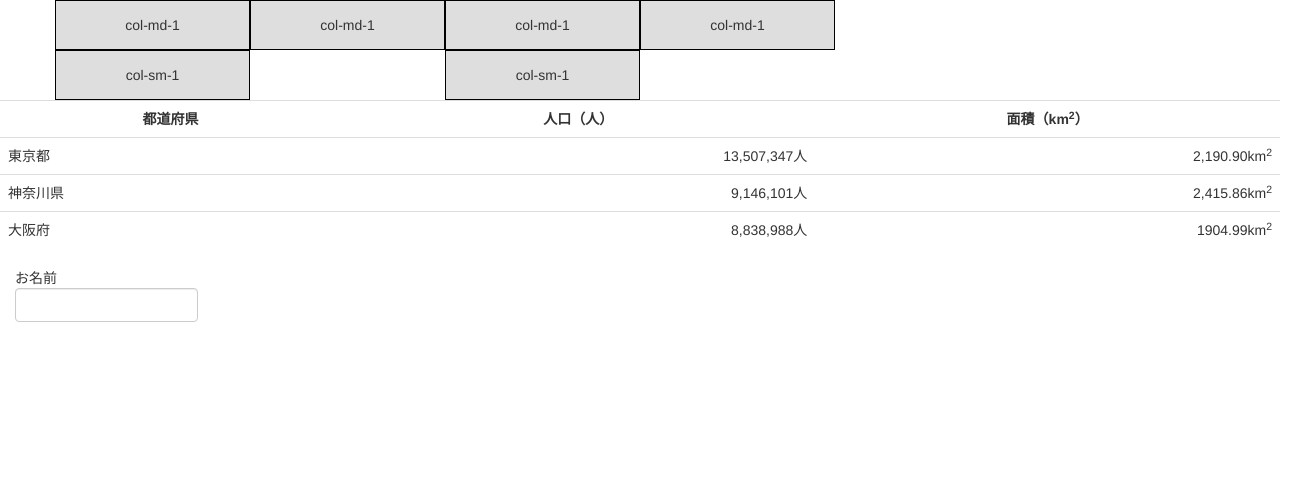
Repository: honokah/microposts
Page: Bootstrap/bootstrap_lesson.html
The author's editor kept a record of every edit. The page is drawn from the files as they stood at one moment, then again after the next edit.
The browser window is 1280 px wide. The page is 1280 px wide, then 1295 px, then 1280 px, so the pictures cover 1295 px, including what lies to the right of the window. The pictures show the whole page.

Above is the page before.

### Bootstrap/bootstrap_lesson.html
<!DOCTYPE html>
<html>
    <head>
        <meta charset="utf-8">
        <meta http-equiv="X-UA-Compatible" content="IE=edge">
        <meta name="viewport" content="width=device-width, initial-scale=1">
        <link rel="stylesheet" href="bootrap.css">

        <title>Grid System Test</title>

        <!-- Bootstrap CSS-->
        <link rel="stylesheet" href="https://maxcdn.bootstrapcdn.com/bootstrap/3.3.7/css/bootstrap.min.css">
        <!-- jQuery -->
        <script src="https://ajax.googleapis.com/ajax/libs/jquery/1.12.4/jquery.min.js"></script>
        <!-- Bootstrap JavaScript-->
        <script src="https://maxcdn.bootstrapcdn.com/bootstrap/3.3.7/js/bootstrap.min.js"></script>

        <style>
            .row div {
                border: 1px solid #000;
                padding: 1em;
                text-align: center;
                background-color: #dedede;
            }
        </style>

    </head>
    <body>
        <div class="container","col-md-2">
            <div class="row">
                <div class="col-md-2">col-md-1</div>
                <div class="col-md-2">col-md-1</div>
                <div class="col-md-2">col-md-1</div>
                <div class="col-md-2">col-md-1</div>
            </div>

          <div class="row">
               <div class="col-sm-2">col-sm-1</div>
               <div class="col-sm-offset-2 col-sm-2">col-sm-1</div>
          </div>
        </div>

        <table class="table">
    <tr>
        <th class="text-center">都道府県</th>
        <th class="text-center">人口（人）</th>
        <th class="text-center">面積（km<sup>2</sup>）</th>
    </tr>
    <tr>
        <td>東京都</td>
        <td class="text-right">13,507,347人</td>
        <td class="text-right">2,190.90km<sup>2</sup></td>
    </tr>
    <tr>
        <td>神奈川県</td>
        <td class="text-right">9,146,101人</td>
        <td class="text-right">2,415.86km<sup>2</sup></td>
    </tr>
    <tr>
        <td>大阪府</td>
        <td class="text-right">8,838,988人</td>
        <td class="text-right">1904.99km<sup>2</sup></td>
    </tr>
</table>







        <form class="col-md-2">
    お名前
    <input type="text" class="form-control">
</form>


    </body>
</html>

### Bootstrap/bootrap.css
@charset"UTF-8";


.table {
  width: 500px;
}

After the next edit:
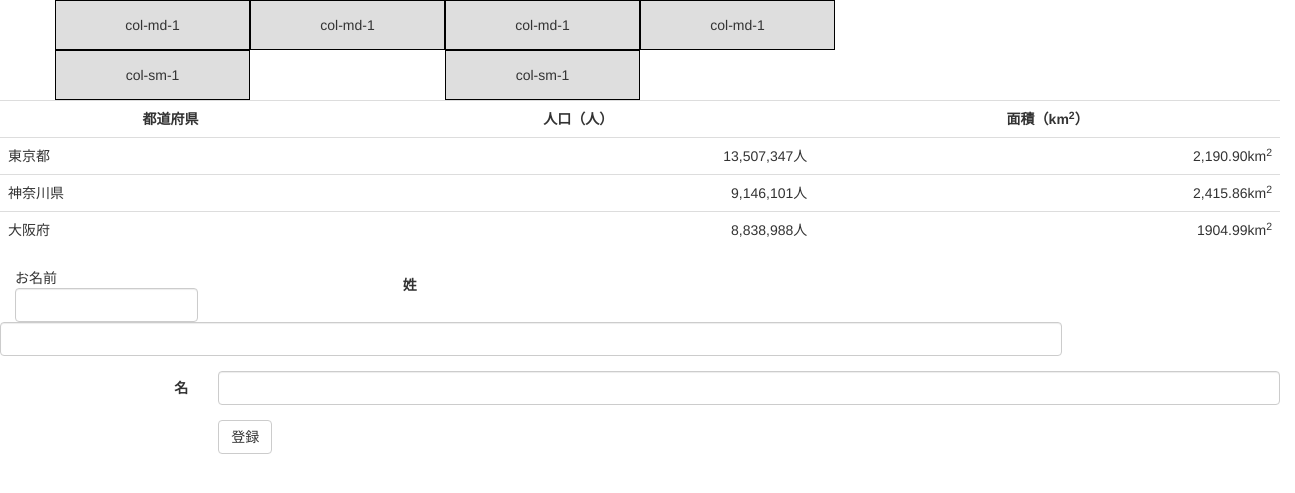
The edit:
--- a/Bootstrap/bootstrap_lesson.html
+++ b/Bootstrap/bootstrap_lesson.html
@@ -64,16 +64,36 @@
 </table>
 
 
-
-
-
-
-
         <form class="col-md-2">
     お名前
     <input type="text" class="form-control">
 </form>
 
+<form class="form-horizontal">
+  <!-- "form-group" expresses a row -->
+  <div class="form-group">
+    <label class="col-xs-2 control-label">姓</label>
+    <div class="col-xs-10">
+      <input type="text" class="form-control" name="lastname">
+    </div>
+  </div>
+
+  <!-- row -->
+  <div class="form-group">
+    <label class="col-xs-2 control-label">名</label>
+    <div class="col-xs-10">
+      <input type="text" class="form-control" name="
+      firstname">
+    </div>
+  </div>
+
+  <!-- row -->
+  <div class="form-group">
+    <div class="col-xs-offset-2 col-sm-10">
+      <button type="submit" class="btn btn-default">登録</button>
+    </div>
+  </div>
+</form>
 
     </body>
 </html>

After the 2 edits that followed:
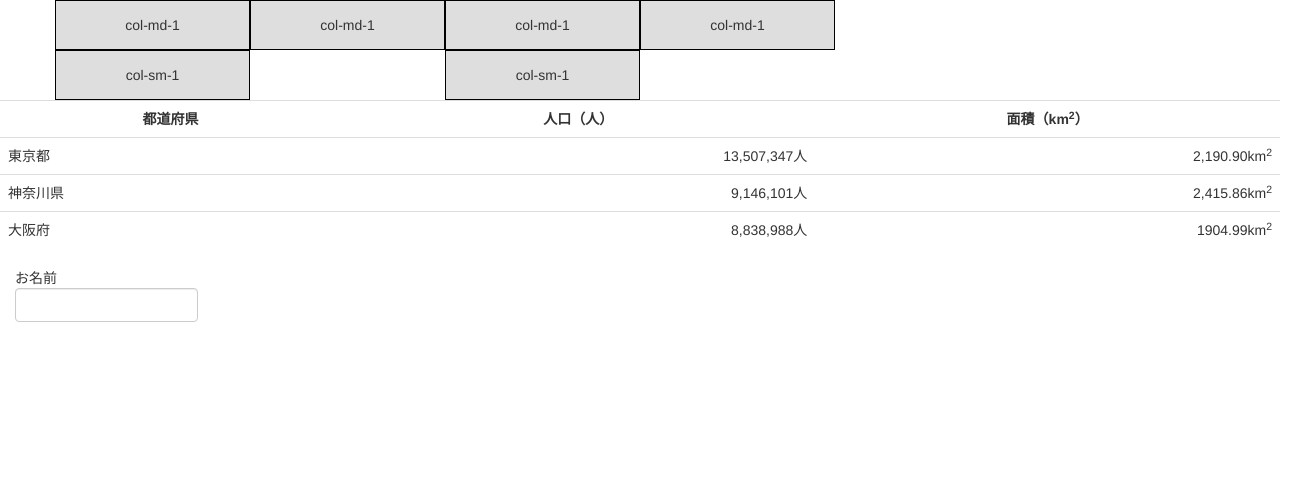
The 2 edits are shown as one change because 1 left the picture as it was.
The edit:
--- a/Bootstrap/bootstrap_lesson.html
+++ b/Bootstrap/bootstrap_lesson.html
@@ -64,36 +64,13 @@
 </table>
 
 
-        <form class="col-md-2">
+<form class="col-md-2">
     お名前
     <input type="text" class="form-control">
 </form>
 
-<form class="form-horizontal">
-  <!-- "form-group" expresses a row -->
-  <div class="form-group">
-    <label class="col-xs-2 control-label">姓</label>
-    <div class="col-xs-10">
-      <input type="text" class="form-control" name="lastname">
-    </div>
-  </div>
 
-  <!-- row -->
-  <div class="form-group">
-    <label class="col-xs-2 control-label">名</label>
-    <div class="col-xs-10">
-      <input type="text" class="form-control" name="
-      firstname">
-    </div>
-  </div>
 
-  <!-- row -->
-  <div class="form-group">
-    <div class="col-xs-offset-2 col-sm-10">
-      <button type="submit" class="btn btn-default">登録</button>
-    </div>
-  </div>
-</form>
 
     </body>
 </html>
